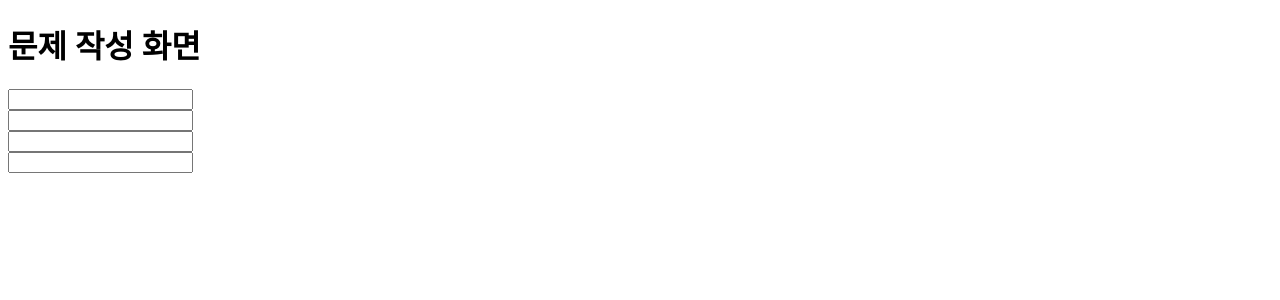
Repository: ryuhm48/Opensource-Project05
Page: http://localhost/Problems/Problems/ProblemWrite.jsp
The author's editor kept a copy of each file at every save. The page is drawn from the files as they stood at one save, then again after the next save.
The browser window is 1280 px wide. The pictures show the whole page.
The page is served by Tomcat 9. Other server files are loaded and not shown.

Above is the page before, as saved 2019-06-02 01:15:40.

### 문제 풀이 제출 추가/Problems/WebContent/Problems/ProblemWrite.jsp
<%@ page language="java" contentType="text/html; charset=UTF-8"
pageEncoding="UTF-8"%>

<!DOCTYPE html PUBLIC "-//W3C//DTD HTML 4.01Transitional//EN" "http://www.w3.org/TR/html4/loose.dtd">
<html>
<head>
<meta http-equiv="Content-Type" content = text/html; charset="UTF-8">
<title>문제 작성</title>
</head>
<body>
	<h1>문제 작성 화면</h1>

	<form action = "write.do" method = "post">
		<input type = "text" name = "studyNum"><br/>
		<input type = "text" name = "problemNum2"><br/>
		<input type = "text" name = "problemName"><br/>
		<input type = "text" name = "problemName"><br/>
	</form>
</body>
</html>

After the next save:
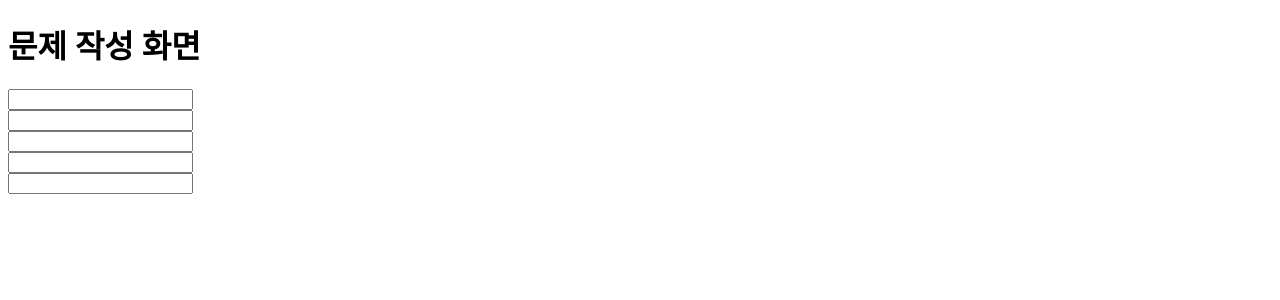
Saved 12 s later.
--- a/문제 풀이 제출 추가/Problems/WebContent/Problems/ProblemWrite.jsp
+++ b/문제 풀이 제출 추가/Problems/WebContent/Problems/ProblemWrite.jsp
@@ -14,6 +14,7 @@
 		<input type = "text" name = "studyNum"><br/>
 		<input type = "text" name = "problemNum2"><br/>
 		<input type = "text" name = "problemName"><br/>
+		<input type = "text" name = "problemLanguage"><br/>
 		<input type = "text" name = "problemName"><br/>
 	</form>
 </body>
